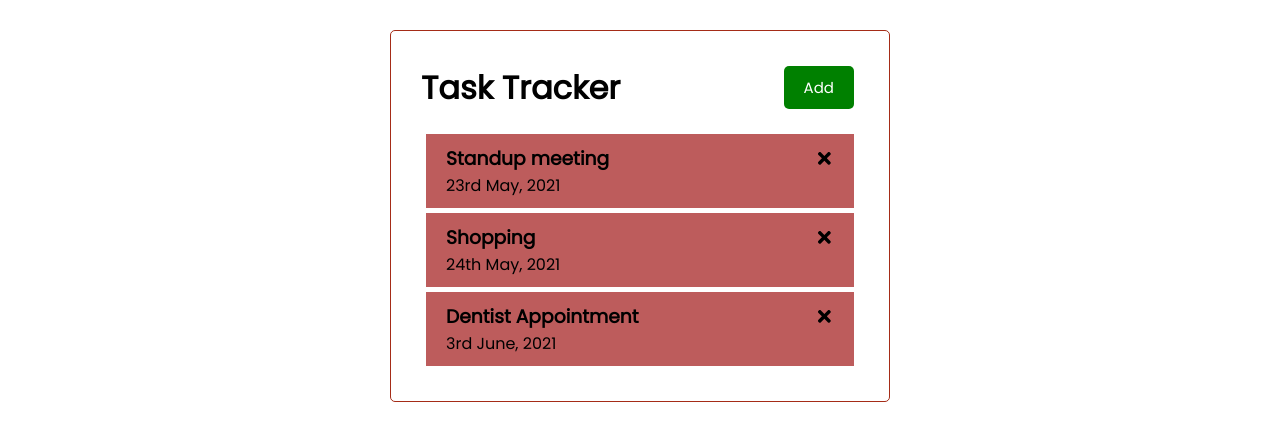
Repository: NIMRAH97/React-Strap-Test
Page: /
These files come from the project's save history. The page is drawn as it stood at one moment and after the next save; the edit follows.
The browser window is 1280 px wide. The pictures show the whole page.
The project was rebuilt for these pictures with package versions that can differ from the ones it lists, and the page was loaded fresh each time.

Above is the page before, as saved 2021-05-22 18:04:16.

After the next save:
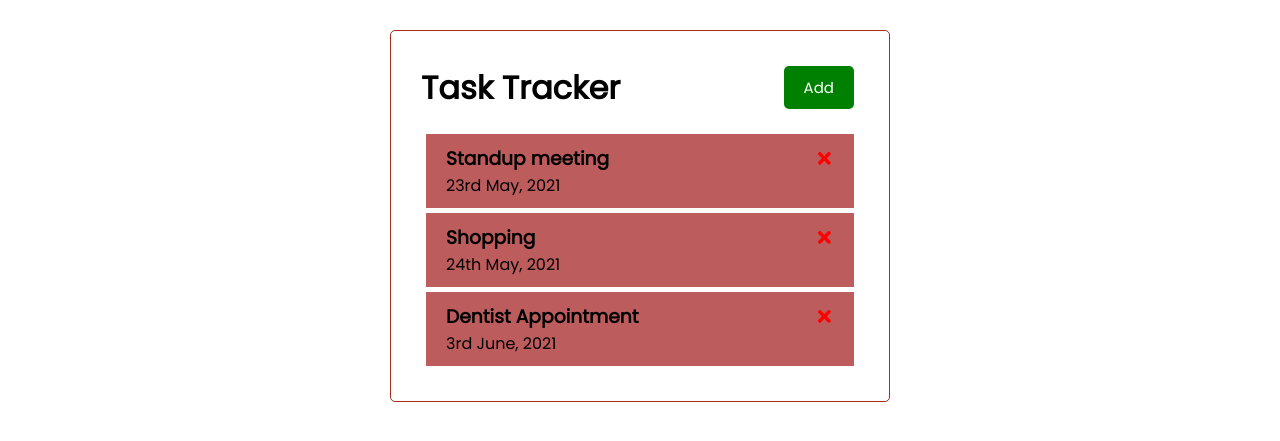
Saved 94 s later.
--- a/src/components/Task.js
+++ b/src/components/Task.js
@@ -1,14 +1,14 @@
 import { FaTimes } from 'react-icons/fa'
 const Task = ({ task }) => {
-    return (
-        <div className='task'>
-            <h3>
-                {task.text}<FaTimes />
-            </h3>
-            <p>{task.day}</p>
+  return (
+    <div className='task'>
+      <h3>
+        {task.text}<FaTimes style={{ color: 'red', cursor: 'pointer' }} />
+      </h3>
+      <p>{task.day}</p>
 
-        </div>
-    )
+    </div>
+  )
 }
 
 export default Task
